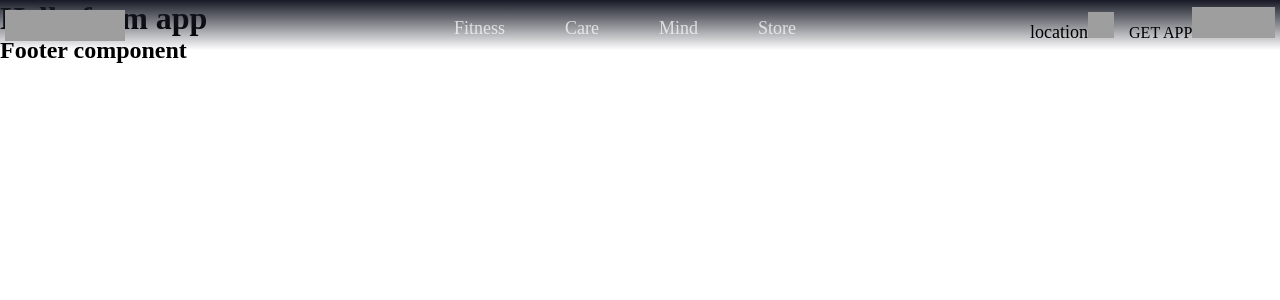
Repository: 1sanjeetsharma/cult-fit-clone
Page: /
An editor plug-in stored every save of this project. The page is shown before and after the next save, followed by the edit.
The browser window is 1280 px wide. The pictures show the whole page.
Pictures or frames that could not be fetched are drawn as grey boxes. Some web fonts or font styles are not loaded; a fallback is used. The project was rebuilt for these pictures with package versions that can differ from the ones it lists, and the page was loaded fresh each time. Also part of the build but not shown: vite.config.js.

Above is the page before, as saved 2023-07-25 11:21:56.

### src/App.jsx
import LandingPage from "./components/landingPage/LandingPage";
function App() {
  return (
    <>
      <h1>Hello from app</h1>
      <LandingPage />
    </>
  );
}

export default App;

### src/components/landingPage/LandingPage.jsx
import Body from "../body/body";
// import Header from "../body/header/Header";
const LandingPage = () => {
	return (
		<>
			<Body></Body>
		</>
	);
};
export default LandingPage;

### src/components/body/body.jsx
import Header from "./header/Header";
import Footer from "./footer/Footer";
import "./body.css";
const Body = () => {
	console.log("hello from body");
	return (
		<>
			<Header />

			<Footer />
		</>
	);
};
export default Body;

### src/components/body/header/Header.jsx
import Navbar from "../Navbar/Navbar";
const Header = () => {
	return (
		<>
			<Navbar />
		</>
	);
};
export default Header;

### src/components/body/footer/Footer.jsx
const Footer = () => {
  return (
    <>
      <h2>Footer component</h2>
    </>
  );
};
export default Footer;

### src/components/body/body.css
/*
//not working these font  */
@font-face {
	font-family: inter-bold;
	src: url("https://fonts.googleapis.com/css2?family=Inter:wght@700&display=swap");
}
@font-face {
	font-family: helvetica-neue;
	src: url("https://fonts.cdnfonts.com/css/helvetica-neue-5");
}
body {
	font-family: inter-bold, helvetica-neue;
}

### src/components/body/Navbar/Navbar.jsx
import "./navbar.css";
const Navbar = () => {
	return (
		<>
			<div className="Nav-container">
				<nav>
					<a href="javascript:viod(0)">
						<img
							className="logo"
							height={"31px"}
							width={"120px"}
							src="https://cdn-images.cure.fit/www-curefit-com/image/upload/c_fill,w_120,q_auto:eco,dpr_2,f_auto,fl_progressive//image/test/brand-logo/vman-and-white-cult-text.png"
							alt="logo"
						/>
					</a>
					<div className="tabs">
						<a href="javascript:void(0)">Fitness</a>
						<a href="javascript:void(0)">Care</a>
						<a href="javascript:void(0)">Mind</a>
						<a href="javascript:void(0)">Store</a>
					</div>
					<div>
						<button className="location">
							location
							<img
								src="https://cdn-images.cure.fit/www-curefit-com/image/upload/c_fill,w_26,q_auto:eco,dpr_2,f_auto,fl_progressive/image/test/header/location.png"
								width={"26px"}
								height={"26px"}
								loading="lazy"
								alt="location"
							/>
						</button>
						<button className="get-app">GET APP</button>

						<button className="avatar">
							<img
								className="btn-img"
								src="https://cdn-images.cure.fit/www-curefit-com/image/upload/c_fill,w_26,q_auto:eco,dpr_2,f_auto,fl_progressive/image/test/header/Profile.png"
								alt="profile picture"
							/>
						</button>
						<button className="cart">
							<img
								className="btn-img"
								src="https://cdn-images.cure.fit/www-curefit-com/image/upload/c_fill,q_auto:eco,dpr_2,f_auto,fl_progressive//image/test/cart-dark-theme.svg"
								alt="cart"
							/>
						</button>
					</div>
				</nav>
			</div>
		</>
	);
};
export default Navbar;

### src/components/body/Navbar/navbar.css
* {
	margin: 0px;
	padding: 0px;
	box-sizing: border-box;
}
a {
	text-decoration: none;
	cursor: pointer;
}
.Nav-container {
	position: fixed;
	/* display: flexbox; */
	top: 0px;
	/* height: 60px; */
	width: 100%;

	/* align-content: center; */
	/* text-align: center; */
	/* background-color: #00000077; */
	box-sizing: border-box;
	/* z-index: 2; */
}

.logo,
.btn-img {
	height: 31px;
}
nav {
	display: flex;
	height: 50px;
	padding: 5px;
	flex-flow: row wrap;
	align-items: center;
	justify-content: space-between;
	background-image: linear-gradient(
		to bottom,
		#171a26,
		rgba(23, 26, 38, 0.0001)
	);
}
.tabs {
	/* color: #fff; */
	display: flex;
	flex-direction: row;
	justify-content: spae-between;
	margin-left: 110px;
}
.tabs > a {
	height: 100%;
	color: #fff;
	transition: all 150ms ease;
	opacity: 70%;
	padding: 0 30px;
	line-height: 22px;
	font-size: 18px;
}
.location {
	background: transparent;
	/* outline: none; */
	/* box-shadow: none; */
	font-size: 18px;

	padding: 7px 15px;
	border-radius: 5px;
	transition: all 100ms ease;
}
button {
	all: unset;
	cursor: pointer;
	/* text-align: center; */
	margin: auto;
}

button:focus {
	outline: revert;
}

Loaded but not shown: index.html (common file); src/main.jsx (common file)

After the next save:
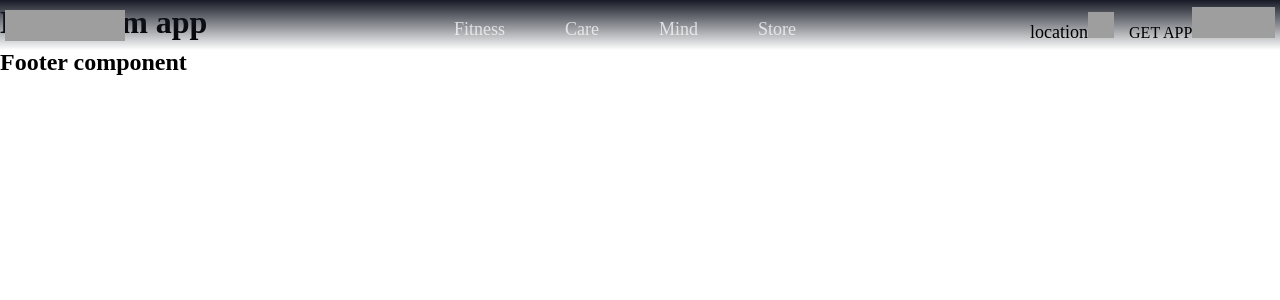
Saved 106 s later.
--- a/src/components/body/Navbar/navbar.css
+++ b/src/components/body/Navbar/navbar.css
@@ -2,6 +2,7 @@
 	margin: 0px;
 	padding: 0px;
 	box-sizing: border-box;
+	line-height: 1.42;
 }
 a {
 	text-decoration: none;
